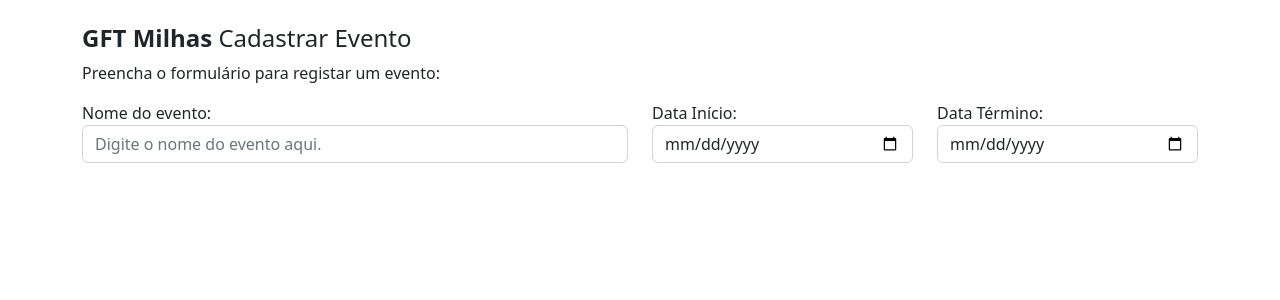
Repository: thamaraamaral/desafio_mvc1
Page: http://localhost/projeto-milhas/WEB-INF/views/eventos-cadastro.jsp
An editor plug-in stored every save of this project. The page is shown before and after the next save, followed by the edit.
The browser window is 1280 px wide. The pictures show the whole page.
The page is served by Tomcat 9. Nobody is signed in. Other server files are loaded and not shown. The template is opened directly, without the code that normally fills it, so the values that code supplies are empty.

Above is the page before, as saved 2022-10-27 21:31:50.

### projeto-milhas/src/main/webapp/WEB-INF/views/eventos-cadastro.jsp
<%@ page language="java" contentType="text/html; charset=UTF-8"
	pageEncoding="UTF-8"%>
<!DOCTYPE html>
<html>
<head>
<meta charset="UTF-8">
<title>Cadastro de Evento</title>
<!-- CSS only -->
<link
	href="https://cdn.jsdelivr.net/npm/bootstrap@5.2.2/dist/css/bootstrap.min.css"
	rel="stylesheet">
</head>
<body>

	<div class="container mt-4">

		<div class="row mb-3">
			<div class="col-md-12">
				<h4>
					<strong>GFT Milhas</strong> Cadastrar Evento
				</h4>
				Preencha o formulário para registar um evento:
			</div>
		</div>

		<form class="mb-3">

			<div class="row">
				<div class="col-md-6">
					<label>Nome do evento:</label>
					<input type="text" class="form-control" placeholder="Digite o nome do evento aqui." />
				</div>
				<div class="col-md-3">
					<label>Data Início:</label>
					<input type="date" class="form-control"/>
				</div>

				<div class="col-md-3">
					<label>Data Término:</label>
					<input type="date" class="form-control"/>
				</div>


			</div>

		</form>



	</div>

</body>
</html>

After the next save:
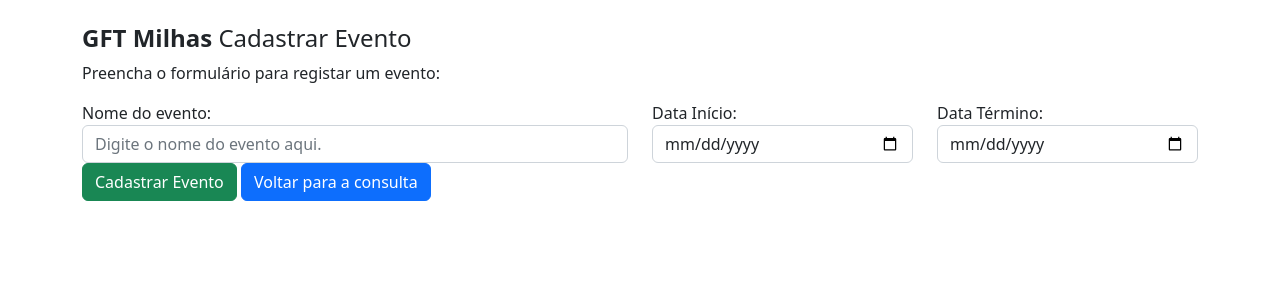
Saved 4 min 24 s later.
--- a/projeto-milhas/src/main/webapp/WEB-INF/views/eventos-cadastro.jsp
+++ b/projeto-milhas/src/main/webapp/WEB-INF/views/eventos-cadastro.jsp
@@ -40,6 +40,11 @@
 					<input type="date" class="form-control"/>
 				</div>
 
+				<div class="mb-3">
+					<input type="submit" value="Cadastrar Evento" class="btn btn-success">
+
+					<a href="/projeto-milhas/eventos-consulta" class="btn btn-primary">Voltar para a consulta</a>
+				</div>
 
 			</div>
 
